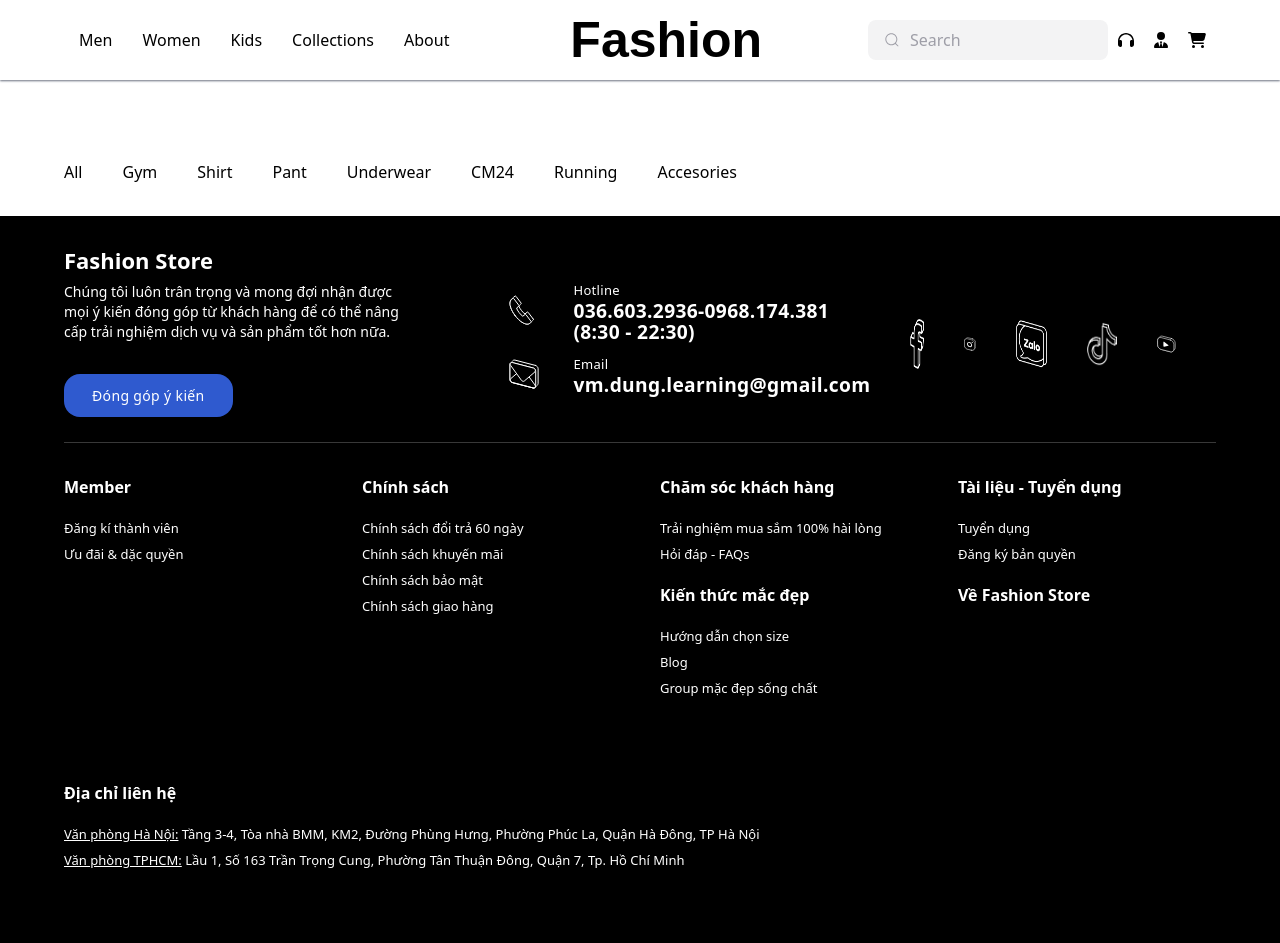
Repository: VuSnow/Software_Engineering
Page: /products
An editor plug-in stored every save of this project. The page is shown before and after the next save, followed by the edit.
The browser window is 1280 px wide. The pictures show the whole page.
The project was rebuilt for these pictures with package versions that can differ from the ones it lists, and the page was loaded fresh each time. The framework's server and built-in components were replaced by stand-ins that run in the browser. Also part of the build but not shown: next.config.js, src/components/cart/CartItem/CartItem.tsx, src/components/cart/Cart.tsx.

Above is the page before, as saved 2023-06-25 10:25:29.

### src/app/layout.tsx
"use client";
import Header from "@/components/header/Header";
import "./globals.css";
import { Inter } from "next/font/google";
import Footer from "@/components/footer/Footer";

const inter = Inter({ subsets: ["latin"] });

export const metadata = {
  title: "Create Next App",
  description: "Generated by create next app",
};
export default function RootLayout({
  children,
}: {
  children: React.ReactNode;
}) {
  return (
    <html lang="en">
      <body>
        <Header />
        {children}
        <Footer />
      </body>
    </html>
  );
}

### src/app/products/page.tsx
import React from "react";
import Link from "next/link";

const Products = () => {
  return (
    <section className="mt-20 px-[5%]">
      <div className="container mt-20">
        <div className="categories-list">
          <div className="tab-header flex gap-10">
            <Link href="#">All</Link>
            <Link href="#">Gym</Link>
            <Link href="#">Shirt</Link>
            <Link href="#">Pant</Link>
            <Link href="#">Underwear</Link>
            <Link href="#">CM24</Link>
            <Link href="#">Running</Link>
            <Link href="#">Accesories</Link>
          </div>
        </div>
      </div>
    </section>
  );
};

export default Products;

### src/components/header/Header.tsx
import React, { useState, useEffect, useContext } from "react";
import { FontAwesomeIcon } from "@fortawesome/react-fontawesome";
import {
  faBars,
  faHeadphones,
  faUserTie,
  faCartShopping,
  faXmark,
  faPlus,
  faMinus,
} from "@fortawesome/free-solid-svg-icons";
import Cart from "../cart/Cart";
const Header = () => {
  const [classNav, setClassNav] = useState<String>(
    "opacity-0 invisible -left-full"
  );
  const [showCart, setShowCart] = useState(false);
  const showNav = () => {
    setClassNav("opacity-1 visible left-0");
  };
  const closeNav = () => {
    setClassNav("opacity-0 invisible -left-full");
  };
  return (
    <>
      <header className="text-black shadow-sm  mb-4 fixed block top-0 left-0 right-0 bg-white w-full shadow-gray-500 z-[99]">
        <div className="flex tablet: justify-between h-20 items-center mr-auto ml-auto max-w-full pl-[5%] pr-[5%]">
          <nav className="main-menu">
            <div className="mobile-menu cursor-pointer max-tablet:block hidden">
              <FontAwesomeIcon icon={faBars} size="2xl" onClick={showNav} />
            </div>
            <ul className="menu max-tablet:hidden flex">
              <li className="p-[15px] cursor-pointer">Men</li>
              <li className="p-[15px] cursor-pointer">Women</li>
              <li className="p-[15px] cursor-pointer">Kids</li>
              <li className="p-[15px] cursor-pointer">Collections</li>
              <li className="p-[15px] cursor-pointer">About</li>
            </ul>
            <div
              className={`sub-mobile-menu fixed top-0 right-0 bottom-[45px] bg-white z-[1000] pt-16 pr-4 pb-0 pl-4 ${classNav} overflow-y-auto`}
            >
              <div className="box-action bg-[#343a40] flex items-center justify-center rounded-tl-xl h-12 rounded-br-xl mb-[30px]">
                <a
                  href="#"
                  className="action-login text-white text-center text-[18px]"
                >
                  Đăng nhập
                </a>
              </div>
              <ul className="menu-mb">
                <li className="mb-[30px] pr-2 flex justify-between">
                  <a href="#">Men </a>
                  <span className="arrow">
                    <FontAwesomeIcon icon={faPlus} />
                    <FontAwesomeIcon icon={faMinus} className="hidden" />
                  </span>
                </li>
                <li className="mb-[30px] pr-2 flex justify-between">
                  <a href="#">Women </a>
                  <span className="arrow">
                    <FontAwesomeIcon icon={faPlus} />
                    <FontAwesomeIcon icon={faMinus} className="hidden" />
                  </span>
                </li>
                <li className="mb-[30px] pr-2 flex justify-between">
                  <a href="#">Kids </a>
                  <span className="arrow">
                    <FontAwesomeIcon icon={faPlus} />
                    <FontAwesomeIcon icon={faMinus} className="hidden" />
                  </span>
                </li>
                <li className="mb-[30px] pr-2 flex justify-between">
                  <a href="#">Collections </a>
                  <span className="arrow">
                    <FontAwesomeIcon icon={faPlus} />
                    <FontAwesomeIcon icon={faMinus} className="hidden" />
                  </span>
                </li>
                <li className="mb-[30px] pr-2 flex justify-between">
                  <a href="#">About </a>
                  <span className="arrow">
                    <FontAwesomeIcon icon={faPlus} />
                    <FontAwesomeIcon icon={faMinus} className="hidden" />
                  </span>
                </li>
              </ul>
              <div className="close-menu absolute top-[25px] left-[25px] text-[24px] text-black">
                <FontAwesomeIcon icon={faXmark} onClick={closeNav} />
              </div>
            </div>
          </nav>
          <div className="logo-brand">
            <a href="#" className="text-[50px] font-bold font-kumbhsan">
              Fashion
            </a>
          </div>
          <div className="right-header flex">
            <form
              action="search"
              name="form-search"
              className="flex leading-7 items-center relative max-w-[240px] max-mobile:hidden"
            >
              <svg
                className="icon absolute left-4 fill-[#9e9ea7] w-4 h-4"
                aria-hidden="true"
                viewBox="0 0 24 24"
              >
                <g>
                  <path d="M21.53 20.47l-3.66-3.66C19.195 15.24 20 13.214 20 11c0-4.97-4.03-9-9-9s-9 4.03-9 9 4.03 9 9 9c2.215 0 4.24-.804 5.808-2.13l3.66 3.66c.147.146.34.22.53.22s.385-.073.53-.22c.295-.293.295-.767.002-1.06zM3.5 11c0-4.135 3.365-7.5 7.5-7.5s7.5 3.365 7.5 7.5-3.365 7.5-7.5 7.5-7.5-3.365-7.5-7.5z"></path>
                </g>
              </svg>
              <input
                type="text"
                placeholder="Search"
                className=" w-full h-[40px] leading-7 p-0 pl-10 pr-4 border-2 border-solid border-transparent rounded-lg outline-none bg-[#f3f3f4] text-[#0d0c22] transition-all placeholder:text-[#9e9ea7] focus:outline-none focus:border-[rgba(234,76,137,0.4)] focus:bg-white focus:shadow-md"
              />
            </form>
            <div className="header-action flex">
              <div className="item wallet m-[10px] max-mobile:hidden cursor-pointer">
                <FontAwesomeIcon icon={faHeadphones} />
              </div>
              <div className="item person m-[10px] max-mobile:hidden cursor-pointer">
                <FontAwesomeIcon icon={faUserTie} />
              </div>
              <div
                className="item cart m-[10px] cursor-pointer"
                onClick={() => setShowCart(true)}
              >
                <FontAwesomeIcon icon={faCartShopping} />
              </div>
            </div>
          </div>
        </div>
      </header>
      {showCart && <Cart setShowCart={setShowCart} />}
    </>
  );
};

export default Header;

### src/app/globals.css
@tailwind base;
@tailwind components;
@tailwind utilities;

:root {
  --foreground-rgb: 0, 0, 0;
  --background-start-rgb: 214, 219, 220;
  --background-end-rgb: 255, 255, 255;
}

@media (prefers-color-scheme: dark) {
  :root {
    --foreground-rgb: 255, 255, 255;
    --background-start-rgb: 0, 0, 0;
    --background-end-rgb: 0, 0, 0;
  }
}
body {
  display: flex;
  flex-direction: column;
  justify-content: space-between;
}

### src/components/footer/Footer.tsx
import React from "react";
import logo from "./logo.png";
import Image from "next/image";
import Link from "next/link";
import dmca from "./dmca.png";
import congthuong from "./img-congthuong.png";
import hotlineIcon from "./icon-hotline.svg";
import emailIcon from "./icon-email.svg";
import facebookIcon from "./facebook.webp";
import zaloIcon from "./zalo.webp";
import instaIcon from "./icon-instar.svg";
import youtubeIcon from "./icon-youtube.svg";
import tiktokIcon from "./tiktok.webp";

const Footer = () => {
  return (
    <footer className="text-white flex justify-center items-center bg-black py-[30px] px-[5%] leading-[160%] mt-8">
      <div className="container-footer w-full">
        <div className="footer-top text-sm">
          <div className="top-sidebar flex justify-between items-center gap-[8%] mb-8 w-full border-b border-[#d9d9d942] desktop:flex-col desktop:items-start">
            <div className="flex-[1]">
              <h4 className=" font-semibold text-[22px] mb-2 text-[#fff] leading-7">
                Fashion Store
              </h4>
              <p className="description font-normal text-left mb-8">
                Chúng tôi luôn trân trọng và mong đợi nhận được mọi ý kiến đóng
                góp từ khách hàng để có thể nâng cấp trải nghiệm dịch vụ và sản
                phẩm tốt hơn nữa.
              </p>
              <Link
                href="#"
                target="_blank"
                className="support-btn inline-flex justify-center items-center h-[43px] bg-[#2f5acf] rounded-2xl py-0 px-7 font-medium tracking-wide mb-[25px] border-0"
              >
                Đóng góp ý kiến
              </Link>
            </div>
            <div className=" flex justify-between w-full flex-[2] items-center max-tablet:flex-col max-tablet:items-start max-tablet:gap-6 max-tablet:mb-8 gap-10">
              <div className="flex-[1]">
                <div className="hotline flex gap-8 items-center w-fit font-medium text-[13px] leading-[160%] tracking-wide mb-3 justify-start">
                  <div className="icon h-8 w-8">
                    <Image src={hotlineIcon} alt="Hotline Icon" />
                  </div>
                  <div className="content">
                    <span>Hotline</span>
                    <p className="description block text-[1.2rem] font-semibold">
                      <Link href="tel: 0366032936">036.603.2936</Link>-
                      <Link href="tel: 0968174381">0968.174.381</Link>
                      <br />
                      <span>(8:30 - 22:30)</span>
                    </p>
                  </div>
                </div>
                <div className="email flex gap-8 items-center font-medium text-[13px] leading-[160%] tracking-wide mb-3 justify-start">
                  <div className="icon h-8 w-8">
                    <Image src={emailIcon} alt="Email Icon" />
                  </div>
                  <div className="content ">
                    <span>Email</span>
                    <p className=" text-[1.2rem] font-semibold">
                      <Link href="mailto: vm.dung.learning@gmail.com">
                        vm.dung.learning@gmail.com
                      </Link>
                    </p>
                  </div>
                </div>
              </div>
              <div className="social mt-0 h-[130px] flex justify-end items-center flex-[1]">
                <Link
                  href="https://www.facebook.com/dung.vuminh.315080/"
                  className="flex justify-center items-center"
                >
                  <Image
                    src={facebookIcon}
                    alt=""
                    className=" max-h-[100px] w-full pr-10 min-h-[50px]"
                  />
                </Link>
                <Link
                  href="https://www.instagram.com/v.m.dung.36/"
                  className="flex justify-center items-center"
                >
                  <Image
                    src={instaIcon}
                    alt=""
                    className=" max-h-[100px] w-full pr-10 min-h-[50px]"
                  />
                </Link>
                <Link
                  href="https://zalo.me/0366032936"
                  className="flex justify-center items-center"
                >
                  <Image
                    src={zaloIcon}
                    alt=""
                    className=" max-h-[100px] w-full pr-10 min-h-[50px]"
                  />
                </Link>
                <Link
                  href="https://www.instagram.com/v.m.dung.36/"
                  className="flex justify-center items-center"
                >
                  <Image
                    src={tiktokIcon}
                    alt=""
                    className=" max-h-[100px] w-full pr-10 min-h-[50px]"
                  />
                </Link>
                <Link
                  href="https://www.instagram.com/v.m.dung.36/"
                  className="flex justify-center items-center"
                >
                  <Image
                    src={youtubeIcon}
                    alt=""
                    className=" max-h-[100px] w-full pr-10 min-h-[50px]"
                  />
                </Link>
              </div>
            </div>
          </div>
          <div className="top-menu"></div>
        </div>
        <div className="footer-bottom">
          <div className="footer-menu flex justify-between flex-wrap gap-10">
            <div className="footer-item flex-[1] text-[13px] leading-[200%] text-[d9d9d9] min-w-[200px] mb-10">
              <h4 className="text-[#fff] font-semibold mb-4 mt-0 text-base">
                Member
              </h4>
              <ul>
                <li>Đăng kí thành viên</li>
                <li>Ưu đãi & dặc quyền</li>
              </ul>
            </div>
            <div className="footer-item flex-[1] text-[13px] leading-[200%] text-[d9d9d9] min-w-[200px] mb-10">
              <h4 className="text-[#fff] font-semibold mb-4 mt-0 text-base">
                Chính sách
              </h4>
              <ul>
                <li>Chính sách đổi trả 60 ngày</li>
                <li>Chính sách khuyến mãi</li>
                <li>Chính sách bảo mật</li>
                <li>Chính sách giao hàng</li>
              </ul>
            </div>
            <div className="footer-item flex-[1] text-[13px] leading-[200%] text-[d9d9d9] min-w-[200px] mb-10">
              <h4 className="text-[#fff] font-semibold mb-4 mt-0 text-base">
                Chăm sóc khách hàng
              </h4>
              <ul>
                <li>Trải nghiệm mua sắm 100% hài lòng</li>
                <li>Hỏi đáp - FAQs</li>
              </ul>
              <h4 className="text-[#fff] font-semibold mb-4 text-base mt-4">
                Kiến thức mắc đẹp
              </h4>
              <ul>
                <li>Hướng dẫn chọn size</li>
                <li>Blog</li>
                <li>Group mặc đẹp sống chất</li>
              </ul>
            </div>
            <div className="footer-item flex-[1] text-[13px] leading-[200%] text-[d9d9d9] min-w-[200px] mb-10">
              <h4 className="text-[#fff] font-semibold mb-4 mt-0 text-base">
                Tài liệu - Tuyển dụng
              </h4>
              <ul>
                <li>Tuyển dụng</li>
                <li>Đăng ký bản quyền</li>
              </ul>
              <h4 className="text-[#fff] font-semibold mb-4 text-base mt-4">
                Về Fashion Store
              </h4>
            </div>
            <div className="footer-item flex-[1] text-[13px] leading-[200%] text-[d9d9d9] min-w-[200px] mb-10">
              <h4 className="text-[#fff] font-semibold mb-4 mt-0 text-base">
                Địa chỉ liên hệ
              </h4>
              <p>
                <u>Văn phòng Hà Nội:</u> Tầng 3-4, Tòa nhà BMM, KM2, Đường Phùng
                Hưng, Phường Phúc La, Quận Hà Đông, TP Hà Nội
              </p>
              <p>
                <u>Văn phòng TPHCM:</u> Lầu 1, Số 163 Trần Trọng Cung, Phường
                Tân Thuận Đông, Quận 7, Tp. Hồ Chí Minh
              </p>
            </div>
          </div>
        </div>
      </div>
    </footer>
  );
};

export default Footer;

### tailwind.config.js
/** @type {import('tailwindcss').Config} */
module.exports = {
  content: [
    "./src/pages/**/*.{js,ts,jsx,tsx,mdx}",
    "./src/components/**/*.{js,ts,jsx,tsx,mdx}",
    "./src/app/**/*.{js,ts,jsx,tsx,mdx}",
  ],
  theme: {
    fontFamily: {
      kumbhsan: ["Kumbh Sans", "sans-serif"],
    },
    screens: {
      "min-w": { min: "375px" },
      mobile: { min: "375px", max: "768px" },
      tablet: { min: "768px", max: "992px" },
      "max-mobile": { max: "768px" },
      "max-tablet": { max: "992px" },
      "small-desktop": { min: "1024px", max: "1200px" },
      "big-desktop": { min: "1200px" },
      desktop: { max: "1200px" },
      md: { min: "768px" },
    },
    extend: {
      keyframs: {
        slideCartWindow: {
          "0%": { transform: "translateX(100%)" },
          "100%": { transform: "translateX(0)" },
        },
      },
    },
    backgroundSize: {
      auto: "auto",
      cover: "cover",
      contain: "contain",
      "90%": "90%",
    },
  },
  plugins: [],
};

After the next save:
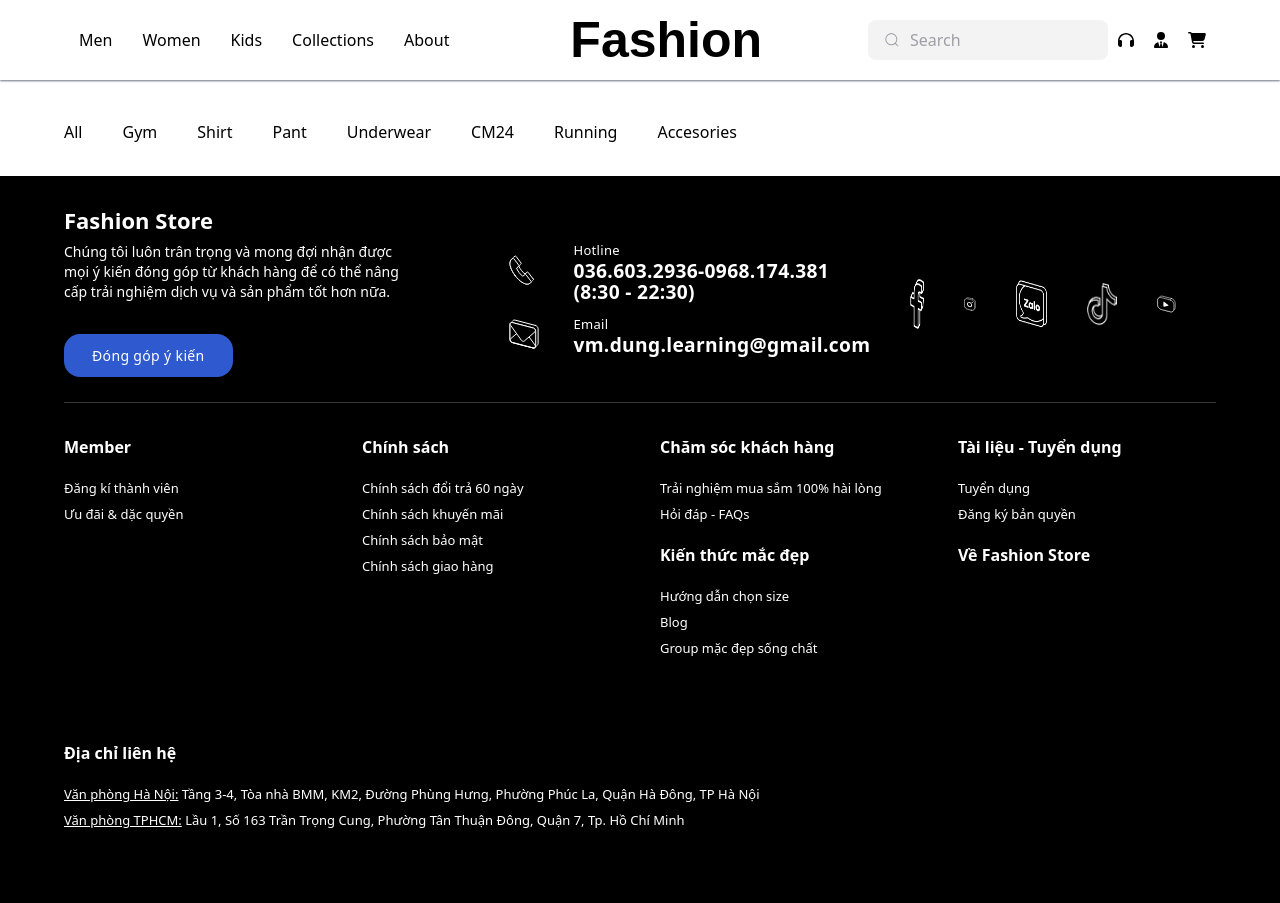
Saved 5 s later.
--- a/src/app/products/page.tsx
+++ b/src/app/products/page.tsx
@@ -4,7 +4,7 @@ import Link from "next/link";
 const Products = () => {
   return (
     <section className="mt-20 px-[5%]">
-      <div className="container mt-20">
+      <div className="container mt-10">
         <div className="categories-list">
           <div className="tab-header flex gap-10">
             <Link href="#">All</Link>
